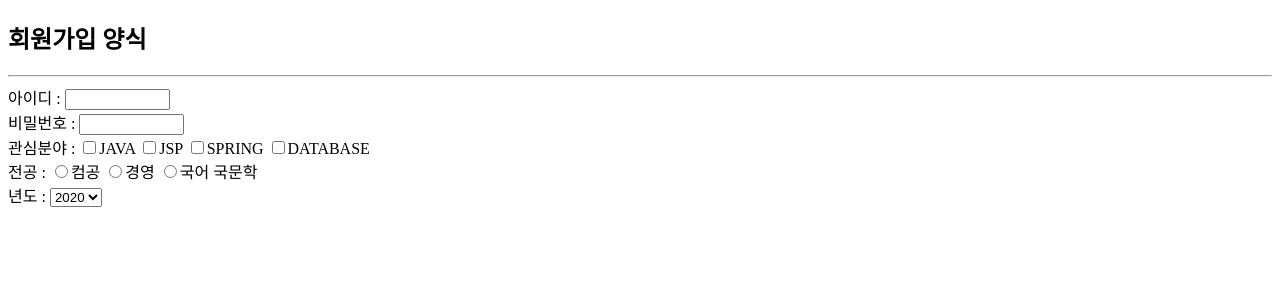
Repository: bbseok97/HTML
Page: HTML/src/main/webapp/form.html
These files come from the project's save history. The page is drawn as it stood at one moment and after the next save; the edit follows.
The browser window is 1280 px wide. The pictures show the whole page.

Above is the page before, as saved 2024-04-04 03:59:21.

### HTML/src/main/webapp/form.html
<!DOCTYPE html>
<html>
	<head>
		<meta charset="UTF-8">
		<title>form 태그</title>
	</head>
	<body>
		<!-- form 태그는 서버에 데이터를 전송하기 위해서 사용 -->
		<form>
			<h2>회원가입 양식</h2>
			<hr>
			아이디 : <input type="text" size="10"> <br>
			비밀번호 : <input type="password" size="10"><br>


			<!-- checkbox(배열 형식), radio 는 name을 같은 그룹으로 그룹핑해서 사용해요 -->
			관심분야 :
			<input type="checkbox" name="intro">JAVA
			<input type="checkbox" name="intro">JSP
			<input type="checkbox" name="intro">SPRING
			<input type="checkbox" name="intro">DATABASE

			<br>
			전공 :
			<input type="radio" name="major">컴공
			<input type="radio" name="major">경영
			<input type="radio" name="major">국어 국문학


			<br>
			년도 :
			<select>
				<option>2020</option>
				<option>2021</option>
				<option>2022</option>
				<option>2023</option>
				<option>2024</option>
			</select>

		</form>
	</body>
</html>

After the next save:
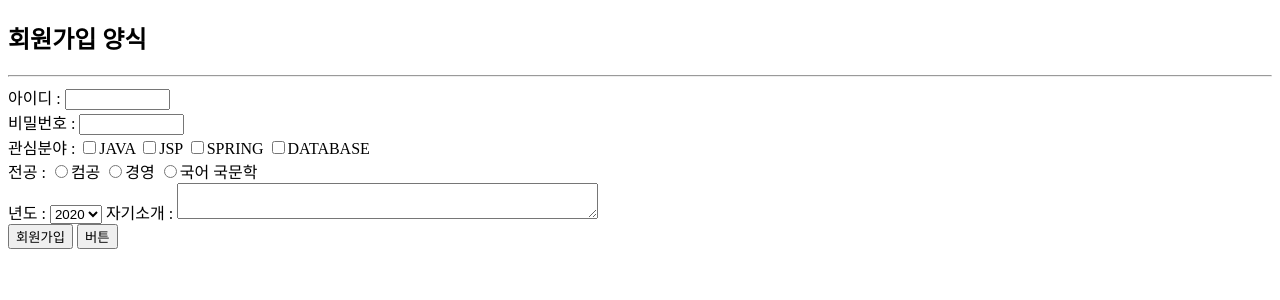
Saved 99 s later.
--- a/HTML/src/main/webapp/form.html
+++ b/HTML/src/main/webapp/form.html
@@ -37,6 +37,12 @@
 				<option>2024</option>
 			</select>
 
+			자기소개 :
+			<textarea rosw="5" cols="50"></textarea>
+			<br>
+			<input type="submit" value="회원가입">
+			<input type="button" value="버튼">
+
 		</form>
 	</body>
 </html>
